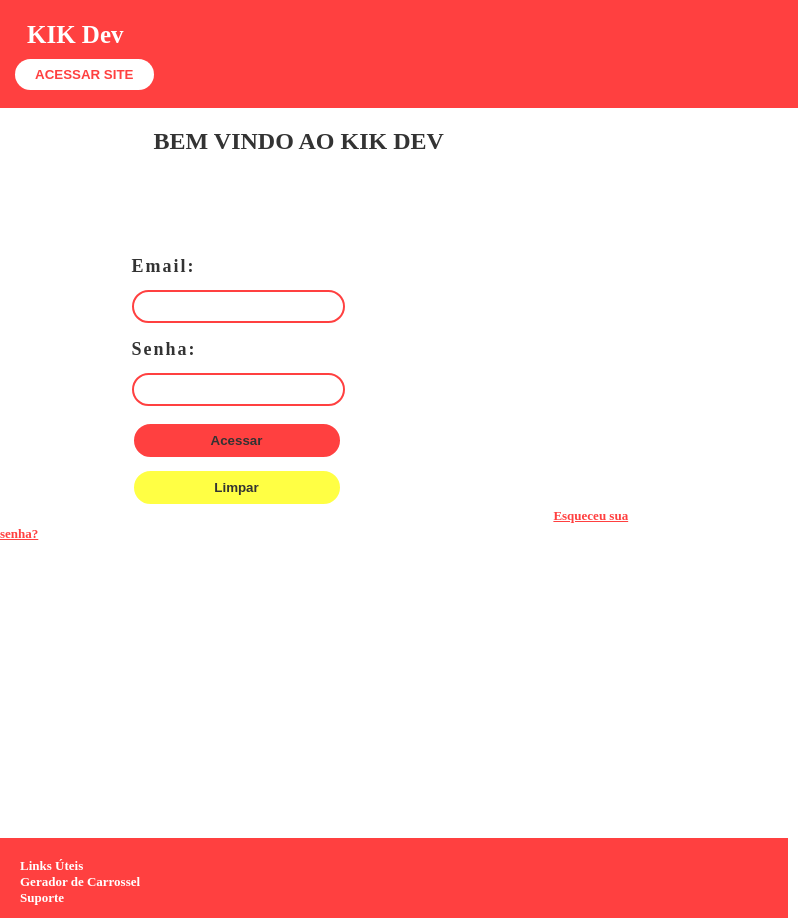
Repository: devgabrielvieira/kikdev
Page: index.html
The author's editor kept a copy of each file at every save. The page is drawn from the files as they stood at one save, then again after the next save.
The browser window is 768 px wide. The page is 798 px wide, so the pictures cover 798 px, including what lies to the right of the window. The pictures show the whole page.

Above is the page before, as saved 2022-10-30 18:53:40.

### index.html
<!DOCTYPE html>
<html lang="pt-br">

<head>
    <meta charset="UTF-8">
    <meta http-equiv="X-UA-Compatible" content="IE=edge">
    <meta name="viewport" content="width=device-width, initial-scale=1.0">
    <link rel="shortcut icon" href="imagens/favicon.ico" type="image/x-icon">
    <link rel="stylesheet" href="style.css">
    <link rel="stylesheet" href="style-mobile.css">
    <script src="script_processo.js"></script>
    <title>KIK Dev</title>

</head>

<body id="pag_processos" onload="dimensaoTela()">

    <div class="header-index">
        <a href="#Default" class="logo">KIK Dev</a>

        <button type="submit" name="name" class="button-right"><strong>ACESSAR SITE</strong></a></button>

    </div>
    <div class="conteudo">
        <!--abrimos a div conteúdo-->
        <!-- <img src="imagens/conteudo.jpg" alt="Conteúdo"> -->

        <h2>BEM VINDO AO KIK DEV</h2>

        <div class="login">
            <label for="username">Email:</label>
            <input type="text" id="username" name="username">
            <br>
            <label for="pass">Senha:</label>
            <input type="password" id="pass" name="password" minlength="8" required>
            <br>
            <input class="btn-acessar" type="submit" value="Acessar">
            <br>
            <input class="btn-limpar" type="reset" value="Limpar">
            <br><br>
                    </div>
                    <a href="recuperar-senha.html" target="_self" rel="next" class="href">Esqueceu sua senha?</a>
    </div>
    <!--aqui fechamos a div conteudo-->

    <footer class="footer">
        <strong>
            <p>Links Úteis</p>
        </strong>
        <strong>
            <p>Gerador de Carrossel</p>
        </strong>
        <strong>
            <p>Suporte</p>
        </strong>
    </footer>

</body>

</html>

### style.css
@charset "UTF-8";

* {
    margin: 0;
    padding: 0;
}

html {
    margin: 0;
    padding: 0;
}

.header {
    overflow: hidden;
    background-color: #FF4040;
    padding: 20px 10px;
}

.header a {
    float: left;
    color: #fff;
    text-align: center;
    padding: 12px;
    text-decoration: none;
    font-size: 18px;
    line-height: 25px;
    border-radius: 4px;
}

.header a.logo {
    font-size: 25px;
    font-weight: bold;
}

.header a:hover {
    background-color: #ddd;
    color: #333333;
}

.header a.active {
    background-color: #d8d7d7;
    color: #fff;
}

.header-right {
    float: right;
}

.button-right {
    float: right;
    padding: 8px 20px;
    border: #d8d7d7;
    border-radius: 50px;
    color: #FF4040;
    background-color: #fff;
}

.header-index {
    overflow: hidden;
    background-color: #FF4040;
    padding: 5px 10px;
}

.header-index a {
    float: left;
    color: #fff;
    text-align: center;
    padding: 12px;
    text-decoration: none;
    font-size: 18px;
    line-height: 25px;
    border-radius: 4px;
}

.header-index a.logo {
    font-size: 25px;
    font-weight: bold;
}

.header-index a:hover {
    background-color: #ddd;
    color: #333333;
}

.header-index a.active {
    background-color: #d8d7d7;
    color: #fff;
}

.conteudo {
    width: 100%;
    height: 450px;
    overflow: hidden;
    background-color: #fff;
}

/* .conteudo img {
    width: 100%;
    background-color: #fff;
    margin: 2px 0 0 0;
    padding: 0;
    position: relative;
    height: 15.5rem;
} */

.footer {
    width: auto;
    background-color: #FF4040;
    padding: 20px 10px;
    position: relative;
    height: 2.5rem;
    bottom: -50px;
}

p {
    font-size: 13px;
    margin: 0 0 0 10px;
    float: none;
    overflow: hidden;
    color: #fff;
}

label {
    margin: 10px 50px 0 500px;
    display: block;
    letter-spacing: 2px;
    font-size: 18px;
    color: #333333;
    margin-bottom: 3px;
    font-weight: bold;
}

input[type='submit'],
label {
    margin: 10px 50px 0 500px;
    margin-top: 1rem;
    color: #333333;
}

input {
    margin: 10px 50px 0 500px;
    caret-color: #222;
    color: #333333;
    border: 2px solid #FF4040;
    border-radius: 36px;
    padding: 7px 15px;
    text-align: center;
    font-weight: bold;
}

input:hover {
    border: 2px solid #a0a0a0;
}

.login {
    margin: 80px 0 0 0;
    width: -100%;
}

.href {
    margin: 10px 50px 0 550px;
    font-size: 13px;
    font-weight: bold;
    color: #FF4040;
    text-align: center;

}

.btn-acessar {
    margin: 10px 50px 0 500px;
    background: #FF4040;
    border: 2px solid #fff;
    padding: 9px 15px;
    width: 210px;
    max-width: 100%;
}

.btn-limpar {
    margin: 10px 50px 0 500px;
    background: #FF4;
    border: 2px solid #fff;
    padding: 9px 15px;
    width: 210px;
    max-width: 100%;
}

h2 {
    width: 100%;
    display: inline-flex;
    margin: 20px 50px 5px 450px;
    color: #333333;
}

### style-mobile.css
@charset "UTF-8";

@media screen and (max-width: 768px) {
  * {
    margin: 0;
    padding: 0;
  }

  html {
    margin: 0;
    padding: 0;
  }

  .header-index {
    overflow: hidden;
    background-color: #ff4040;
    padding: 10px 15px;
    height: 5.5rem;
    width: 100%;
  }

  .header a {
    float: none;
    display: block;
    text-align: left;
  }

  .header-index a {
    float: none;
    display: block;
    text-align: left;
  }

  .header-right {
    float: none;
  }

  .button-right {
    float: none;
  }

  .footer {
    float: none;
    display: block;
    position: relative;
    height: 2.5rem;
    width: 100%;
    bottom: -280px;
  }

  /* .conteudo img {
        float: none;
        display: block;
        position: absolute;
        width: 100%;
        background-color: #fff;
        margin: 2px 0 0 0;
        height: 10rem;
    } */

  .login {
    width: -100%;
    display: inline-block;
  }

  label {
    margin-left: 50%;
    display: block;
    letter-spacing: 2px;
    font-size: 18px;
    color: #333333;
    margin-bottom: 3px;
    font-weight: bold;
  }

  input[type="submit"],
  label {
    margin-left: 50%;
    margin-top: 1rem;
    color: #333333;
  }

  input {
    margin-left: 50%;
    caret-color: #222;
    color: #333333;
    border: 2px solid #ff4040;
    border-radius: 36px;
    padding: 7px 15px;
    text-align: center;
    font-weight: bold;
  }

  input:hover {
    border: 2px solid #a0a0a0;
  }

  .href {
    margin-left: 30%;
    font-size: 13px;
    font-weight: bold;
    color: #ff4040;
    text-align: center;
    width: 100%;
    padding: 3.5rem;
  }

  .btn-acessar {
    margin-left: 50%;
    margin-right: 50%;
    background: #ff4040;
    border: 2px solid #fff;
    padding: 9px 15px;
    width: 210px;
    max-width: 100%;
  }

  .btn-limpar {
    margin-left: 50%;
    margin-right: 50%;
    background: #ff4;
    border: 2px solid #fff;
    padding: 9px 15px;
    width: 210px;
    max-width: 100%;
  }

  h2 {
    width: 100%;
    display: inline-flex;
    margin-left: 20%;
    color: #333333;
  }
}

### script_processo.js
function dimensaoTela(){
    var heightTela = window.innerHeight;
    var widthTela = window.innerWidth;

    document.getElementById('pag_processos').style.minHeight = heightTela+'px';
}

After the next save:
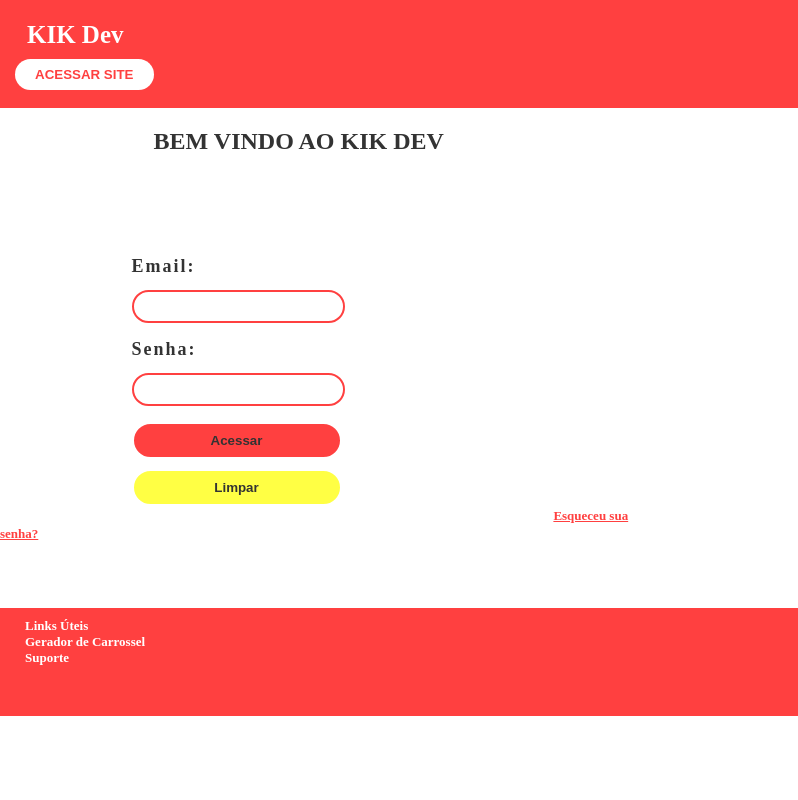
Saved 74 s later.
--- a/style-mobile.css
+++ b/style-mobile.css
@@ -43,9 +43,9 @@
     float: none;
     display: block;
     position: relative;
-    height: 2.5rem;
+    padding: 10px 15px;
+    height: 5.5rem;
     width: 100%;
-    bottom: -280px;
   }
 
   /* .conteudo img {
